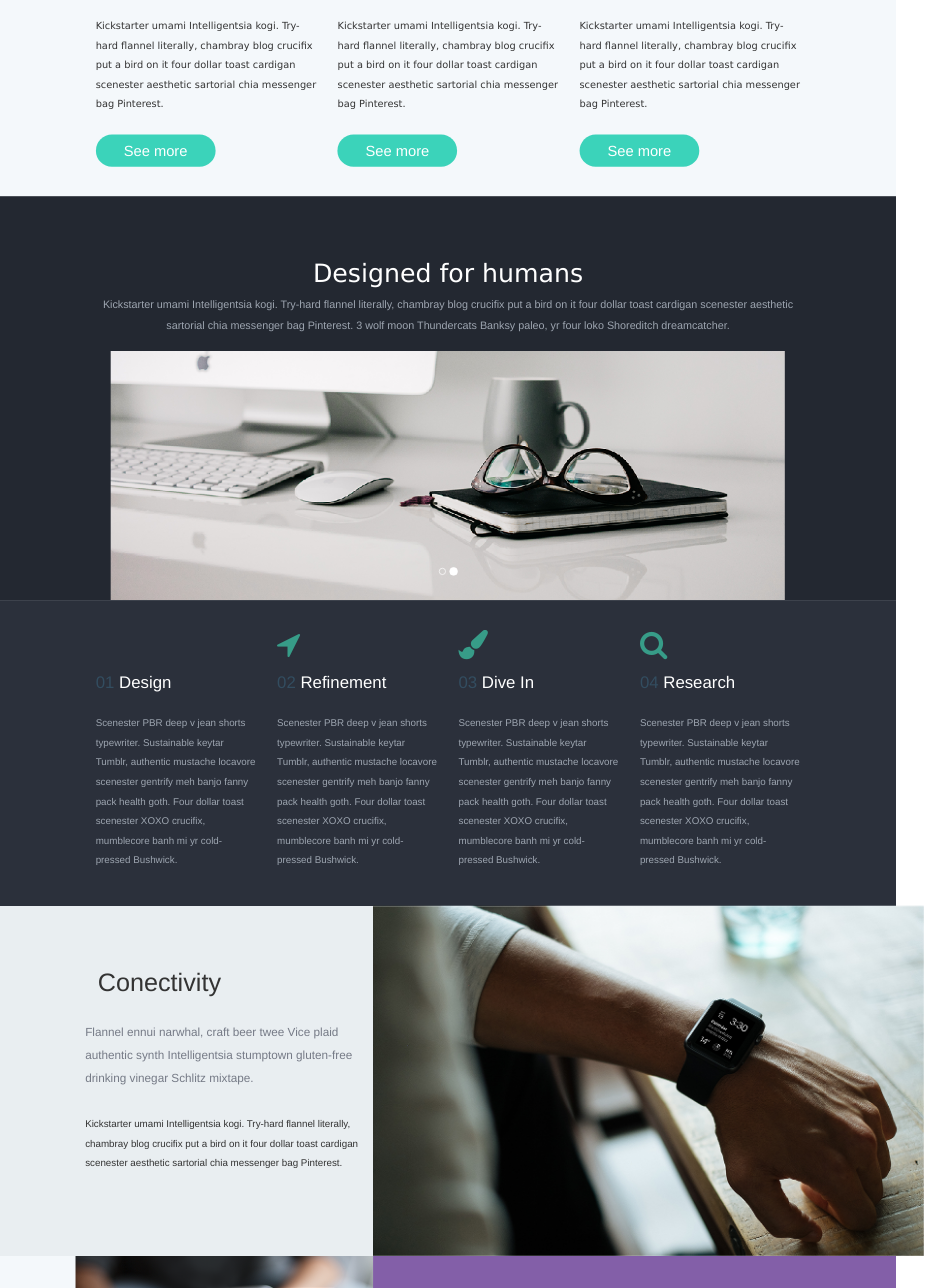
Repository: KatarzynaOwczarska/Tork
Page: Tork/WebContent/index.html
An editor plug-in stored every save of this project. The page is shown before and after the next save, followed by the edit.
The browser window is 1280 px wide. The page is 1321 px wide, so the pictures cover 1321 px, including what lies to the right of the window. The pictures show the part of the page from y = 1275 to 3115 px (the page is 4699 px tall), at 70% of full size.
Backgrounds fixed to the window are drawn as part of the page.

Above is the page before, as saved 2017-02-06 14:01:05.

### Tork/WebContent/index.html
<!DOCTYPE html>
<html>
<head>
	<meta charset="UTF-8">
	<title>Tork</title>
	<link rel="stylesheet" type="text/css" href="./css/bootstrap.min.css">
	<link rel="stylesheet" type="text/css" href="./css/style.css">
	<link rel="stylesheet" href="./css/font-awesome.min.css">
	<link rel="stylesheet" href="./css/animate.css" type="text/css">
	<script src="./js/jquery-3.1.1.min.js"></script>
	<script src="./js/bootstrap.min.js"></script>
	<script src="./js/jquery.viewportchecker.min.js"></script>
	<script src="./js/scrollreveal.min.js"></script>
</head>
<body>
<div class="container-fluid">
	<div class="row">
		<div id="zegarek" class="col-xs-12" >
				<header>
					<div class="col-xs-1">
						<span id="nav" class="fa fa-bars fa-2x" aria-hidden="true"></span>
					</div>
					<div class="col-xs-offset-1 col-xs-9 col-lg-offset-7 col-lg-3">
						<input id="search" type="search" placeholder="search">
						<button id="buy-it">Buy it</button>
					</div>
				</header>
			<div class="col-xs-12 col-sm-offset-4 col-sm-6">
				<h1 id="naglowek"> Building bulletproof <br>fucking apps</h1>
				<p id="napis"><br>Kickstarter umami Intelligentsia kogi. Try-hard flannel literally, chambray blog crucifix put a bird on it four dollar toast cardigan scenester aesthet</p>
			</div>
			<div data-animate="bounceInDown"id="telefon" class="col-md-offset-6 col-md-6 hidden-xs hidden-sm">
				<img src="./telefon.png" height="550" width="430">
			</div>
		</div>
	</div>
	<div id=fiolet class="row">
			<div  id="super" class="col-md-5 col-md-offset-1 col-xs-offset-2 col-xs-8">
				<h2 id="super-truper">Super Truper & Such</h2>
				<p id="napis2"><br>Lorem ipsum dolor sit amet, consectetur adipisicing elit, sed do eiusmod tempor incididunt ut labore et dolore magna.</p>
				<button id="przycisk">See more</button>
			</div>
	</div>
	<div id="trzy-kolumny" class="row">
			<div id="trzy-kolumny-napis" class="col-xs-10 col-xs-offset-1">
				<div class="col-xs-12 col-md-4">
					<h2 id="design-features">Design & Features</h2>
					<br>
					<p id="design-features-p">Flannel ennui narwhal, craft beer twee Vice plaid authentic synth.</p>
					<br>
					<p id="miedzy-liniami">Kickstarter umami Intelligentsia kogi. Try-hard flannel literally, chambray blog crucifix put a bird on it four dollar toast cardigan scenester aesthetic sartorial chia messenger bag Pinterest.</p>
					<br>
					<button id="przycisk">See more</button>
				</div>
				<div class="col-xs-12 col-md-4">
					<h2 id="design-features">Design & Features</h2>
					<br>
					<p id="design-features-p">Flannel ennui narwhal, craft beer twee Vice plaid authentic synth.</p>
					<br>
					<p id="miedzy-liniami">Kickstarter umami Intelligentsia kogi. Try-hard flannel literally, chambray blog crucifix put a bird on it four dollar toast cardigan scenester aesthetic sartorial chia messenger bag Pinterest.</p>
					<br>
					<button id="przycisk">See more</button>
				</div>
				<div class="col-xs-12 col-md-4">
					<h2 id="design-features">Design & Features</h2>
					<br>
					<p id="design-features-p">Flannel ennui narwhal, craft beer twee Vice plaid authentic synth.</p>
					<br>
					<p id="miedzy-liniami">Kickstarter umami Intelligentsia kogi. Try-hard flannel literally, chambray blog crucifix put a bird on it four dollar toast cardigan scenester aesthetic sartorial chia messenger bag Pinterest.</p>
					<br>
					<button id="przycisk">See more</button>
				</div>
			</div>
	</div>
	<div id="czarny" class="row">
			<div class="col-xs-offset-1 col-xs-10">
				<h1 id="for-humans">Designed for humans</h1>
				<p id="wysrodkowany">Kickstarter umami Intelligentsia kogi. Try-hard flannel literally, chambray blog crucifix put a bird on it four dollar toast cardigan scenester aesthetic sartorial chia messenger bag Pinterest. 3 wolf moon Thundercats Banksy paleo, yr four loko Shoreditch dreamcatcher.</p>
				<div id="myCarousel" class="carousel slide" data-ride="carousel">
	 				<ol class="carousel-indicators">
					    <li data-target="#myCarousel" data-slide-to="0" class="active"></li>
					    <li data-target="#myCarousel" data-slide-to="1"></li>
					</ol>
	 				<div class="carousel-inner" role="listbox">
	      				<div class="item active">
	        				<img src="./rozowy-obrazek.png">
	        			</div>
	      				<div class="item">
	        				<img src="./komputer.png">
	      				</div>
	    			</div>
				</div>
			</div>
	</div>
	<div id="szary" class="row">
			<div id="margines-ikonki" class="col-xs-10 col-xs-offset-1">
				<div class="col-xs-12 col-md-3">
					<span data-animate="pulse" id="ikonka" class="fa fa-pencil fa-3x" aria-hidden="true"></span>
					<h3>01<span id="span-kolor"> Design</span></h3>
					<br>
					<p id="napis-szary">Scenester PBR deep v jean shorts typewriter. Sustainable keytar Tumblr, authentic mustache locavore scenester gentrify meh banjo fanny pack health goth. Four dollar toast scenester XOXO crucifix, mumblecore banh mi yr cold-pressed Bushwick.</p>
					<p id="test"></p>
				</div>
				<div class="col-xs-12 col-md-3">
					<span id="ikonka" class="fa fa-location-arrow fa-3x" aria-hidden="true"></span>
					<h3>02<span id="span-kolor"> Refinement</span></h3>
					<br>
					<p id="napis-szary">Scenester PBR deep v jean shorts typewriter. Sustainable keytar Tumblr, authentic mustache locavore scenester gentrify meh banjo fanny pack health goth. Four dollar toast scenester XOXO crucifix, mumblecore banh mi yr cold-pressed Bushwick.</p>
				</div>
				<div class="col-xs-12 col-md-3">
					<span id="ikonka" class="fa fa-paint-brush fa-3x" aria-hidden="true"></span>
					<h3>03<span id="span-kolor"> Dive In</span></h3>
					<br>
					<p id="napis-szary">Scenester PBR deep v jean shorts typewriter. Sustainable keytar Tumblr, authentic mustache locavore scenester gentrify meh banjo fanny pack health goth. Four dollar toast scenester XOXO crucifix, mumblecore banh mi yr cold-pressed Bushwick.</p>
				</div>
				<div class="col-xs-12 col-md-3">
					<span id="ikonka" class="fa fa-search fa-3x" aria-hidden="true"></span>
					<h3>04<span id="span-kolor"> Research</span></h3>
					<br>
					<p id="napis-szary">Scenester PBR deep v jean shorts typewriter. Sustainable keytar Tumblr, authentic mustache locavore scenester gentrify meh banjo fanny pack health goth. Four dollar toast scenester XOXO crucifix, mumblecore banh mi yr cold-pressed Bushwick.</p>
				</div>
			</div>
	</div>
	<div id="szary-jasny" class="row">
			<div class="col-xs-12 col-md-4 col-md-offset-1">
				<h1 id="conectivity">Conectivity</h1>
				<p id="napis-zegarek">Flannel ennui narwhal, craft beer twee Vice plaid authentic synth Intelligentsia stumptown gluten-free drinking vinegar Schlitz mixtape.</p>
				<p id="napis-zegarek-maly">Kickstarter umami Intelligentsia kogi. Try-hard flannel literally, chambray blog crucifix put a bird on it four dollar toast cardigan scenester aesthetic sartorial chia messenger bag Pinterest.</p>
				<p id="test2"></p>
			</div>
			<div id="zegarek-czysty" class="col-xs-12 col-md-7"><img id="obrazek" src="./zegarek-czysty.png" height="500" width="788"></div>
	</div>
	<div id="filmik" class="row">
			<div id="padding-telefon" class="col-xs-12 col-md-offset-1 col-md-4"><img src="./telefon-reka.png" height="400" width="500"></div>
			<div id="obok-filmu" class="col-md-7 col-xs-12">
				<div class="col-xs-9 col-xs-offset-1">
					<p id="data">12th June 2015</p>
					<p id="lorem-ipsum">Lorem ipsum dolor sit amet, cotur adipisicing elit sed do eiusmod tempor incididunt ut labore et dolore</p>
				</div>
			</div>
			<div id="komentarze" class="col-xs-12 col-md-4 col-md-offset-1">
				<div class="col-md-11 col-xs-10 col-xs-offset-1">
					<h2>Lorem ipsum dolor sit amet, consectetur adipisicing elit</h2>
					<p>Lorem ipsum dolor sit amet, consectetur adipisicing elit, sed do eiusmod tempor incididunt ut labore et dolore magna aliqua. Ut enim ad minim veniam, quis nostrud exercitation ullamco</p>
					<button id="przycisk" class="visible-xs visible-sm">Read more</button>
				</div>
			</div>
			<div id="telefony" class="col-md-5 hidden-xs hidden-sm"></div>
	</div>
	<div id="reka" class="row">
		<div id="fioletowy-napis" class="col-xs-12 col-md-5">
			<p>Ut enim ad minim veniam, quis nostrud exercitation ullamco laboris. Nisi ut aliquip ex ea commodo.</p>
		</div>
	</div>
	<div id="stopka" class="row">
			<div id="margines" class="col-xs-12 col-md-5 col-md-offset-1">
				<p>Get in touch</p><br>
				<p id="napis-szary">Lorem ipsum dolor sit amet, consectetur adipisicing elit, sed do eiusmod tempor incididunt ut labore et dolore magna aliqua. Ut enim ad minim veniam, quis nostrud exercitation ullamco laboris nisi ut aliquip ex ea commodo consequat.</p>
			</div>
			<div id="margines" class="col-xs-12 col-md-5 col-md-offset-1">
				<p>Stay in touch</p>
				<form action="#" class="form-inline">
					<div class="form-group">
						<div class="input-group">
							<div><input id="pole" type="email" placeholder="Enter your email" class="form-control"></div>
							<div id="submit" class="input-group-addon"><button id="submit" type="submit" value=""><span class="fa fa-check fa-3x"></span></button></div>
						</div>
					</div>
				</form>
				<p id="pod-polem">Lorem ipsum dolor sit amet, consectetur adipisicing elit, <br>sed do eiusmod tempor incididunt ut labore et dolor</p>
			</div>
			<div id="linki" class="col-xs-12 col-md-5 col-md-offset-1">
					<div class="col-xs-4">
						<p>Resources</p>
						<a>Tour</a><br>
						<a>Customers</a><br>
						<a>Pricing and Plans</a><br>
						<a>New Features</a><br>
						<a>Education</a>
					</div>
					<div class="col-xs-4">
						<p>Features</p>
						<a>Tour</a><br>
						<a>Customers</a><br>
						<a>Pricing and Plans</a><br>
						<a>New Features</a><br>
						<a>Education</a>
					</div>
					<div class="col-xs-4">
						<p>How to</p>
						<a>Tour</a><br>
						<a>Customers</a><br>
						<a>Pricing and Plans</a><br>
						<a>New Features</a><br>
						<a>Education</a>
					</div>
				</div>
		</div>
	</div>
	<div id="podpis" class="row">
			<div id="footer" class="col-xs-12">
				<h4  data-animate="fadeInLeft">Made with <i id="serduszko" class="fa fa-heart" aria-hidden="true"></i> by <span id="kasia">Katarzyna Owczarska</span> Jan 2017.</h4>
			</div>
	</div>
	<script>
		$(document).ready(function(){
			$('*[data-animate]').addClass('ukryj').each(function(){
      			$(this).viewportChecker({
        			classToAdd: 'show animated ' + $(this).data('animate'),
        			classToRemove: 'ukryj',
        			offset: '5%'
      			});
    		});
		});

		$('#ikonka').hover(function() {
			$('*[data-animate]').addClass('ukryj').each(function(){
      			$(this).viewportChecker({
        			classToAdd: 'show animated ' + $(this).data('animate'),
        			classToRemove: 'ukryj',
        			offset: '5%'
      			});
    		});
		});
	</script>
	<script>
    	window.sr = ScrollReveal();
    	sr.reveal('#telefony', {
        	reset: true,
        	delay: 500,
        	distance: 0
    	});
    	sr.reveal('#padding-telefon', {
        	reset: true,
        	delay: 500,
        	distance: 0
    	});
    	sr.reveal('#zegarek-czysty', {
        	reset: true,
        	delay: 500,
        	distance: 0
    	});
    	sr.reveal('#fioletowy-napis', {
        	duration: 1000,
        	delay: 500,
        	easing: 'linear',
    	});
    	sr.reveal('#trzy-kolumny-napis', {
        	reset: true,
    		duration: 1000,
        	delay: 500,
        	easing: 'linear',
        	distance: 0
    	});
</script>
</body>
</html>

### Tork/WebContent/css/style.css
@CHARSET "UTF-8";

.container-fluid {
	padding: 0px 0px 0px 0px;
}

.row {
	margin: 0px 0px 0px 0px;
}

header {
	height: 70px;
	background-color: transparent;
  	background-color: rgba(25, 28, 36, 0.5);  /* FF3+, Saf3+, Opera 10.10+, Chrome, IE9 */
  	filter: progid:DXImageTransform.Microsoft.gradient(startColorstr=#3332FA32,endColorstr=#3332FA32); /* IE6&#8211;IE9 */
  	zoom: 1;
  	width: 100%;
}

#search {
	background-color: rgb(45,60,66);
	margin-top: 1em;
	border-radius: 50px;
	text-indent: 10px;
	height: 30px;
	width: 200px;
	border: none;
}

#buy-it {
	border-radius: 50px;
	width: 60px;
	height: 30px;
	background-color: rgb(131,95,168);
	color: white;
	border: none;
	margin-left: 1.5em;
}

#nav {
	color: white;
	margin-left: 0.5em;
	margin-top: 0.5em;
}

#zegarek {
	background-color: rgb(25,28,36);
	background-image: url("../zegarek.png");
	background-size: 60% 120%;
	background-repeat: no-repeat;
	background-attachment: fixed;
	padding-right: 0px;
    padding-left: 0px;
}

#telefon {
	position: absolute;
	top: 90%;
}

#naglowek {
	color: white;
	font-size: 5em;
	font-weight: 100;
	margin-top: 2em;
}

#napis {
	color: white;
	font-size: 1.3em;
	margin-right: 5em;
	margin-bottom:5em;
}

#napis2 {
	color: white;
	font-size: 1.3em;
	margin-bottom:3em;
}

#fiolet {
	background-color: rgb(131,95,168);
}

#super-truper {
	color: white;
	margin-top: 2em;
	font-size: 3em;
}

#super {
	margin-bottom: 9.5em;
}

#przycisk {
	border-radius: 50px;
	background-color: rgb(59,211,186);
	border: none;
	padding: 8px 40px;
	color: white;
	font-size: 1.5em;
	margin-bottom: 2em;
	transition-duration:0.5s;
}

#przycisk:hover {
	background-color: rgb(0,188,212);
}

#trzy-kolumny {
	background-color: rgb(244,248,251);
}

#design-features {
	color: rgb(86,86,86);
	margin-top: 3em;
	font-size: 2em;

}

#design-features-p {
	color: rgb(126,126,126);
	font-size: 1.5em;
	font-weight: 100;
	font-family: Arial, Helvetica, sans-serif;
}

#miedzy-liniami {
	line-height: 200%;
	font-family: Verdana, Geneva, sans-serif;
}

#czarny {
	background-color: rgb(35,40,49);
}


#for-humans {
	color: white;
	font-family: Verdana, Geneva, sans-serif;
	text-align: center;
	margin-top: 2.5em;
}

#wysrodkowany {
	color: rgb(157,165,176);
	text-align: center;
	font-size: 1.1em;
	line-height: 200%;
}

.carousel-inner > .item > img,
  .carousel-inner > .item > a > img {
      margin: auto;
      margin-top: 1%;
}

#szary {
	background-color: rgb(43,48,59);
}

#szary h3 {
	color:rgb(51,77,96);
}

#span-kolor {
	color: white;
}

#napis-szary {
	line-height: 200%;
	color: rgb(157,165,176);
}

#margines {
	margin-bottom: 5em;
	margin-top: 1.7em;
}

#ikonka {
	color: rgb(55,156,136);
}

#szary-jasny {
	background-color: rgb(233,238,241);
}

#napis-zegarek {
	color: rgb(117,122,134);
	font-size: 1.2em;
	margin-top: 2em;
	margin-bottom: 2em;
	line-height: 200%;
}

#napis-zegarek-maly {
	line-height: 200%;
}

#conectivity {
	margin-left: 0.5em;
	margin-top: 2.5em;
}

#filmik {
	height: 700px;
	background-color: rgb(244,248,251);
}

#padding-telefon {
	padding: 0px 0px 0px 0px;
}

#zegarek-czysty {
	padding: 0px 0px 0px 0px;
}

#obok-filmu {
	background-color: rgb(131,95,168);
	height: 400px;
	padding: 0px 0px 0px 0px;
}

#data {
	margin-top: 5em;
	color: white;
	font-style: italic;
}

#lorem-ipsum {
	color: white;
	font-style: italic;
	font-size: 2em;
	font-weight: 100;
	font-family: Arial, Helvetica, sans-serif;
}

#komentarze {
	background-color: white;
}

#komentarze h2 {
	font-size: 1.5em;
	margin-top: 2em;
}

#komentarze p {
	margin-top: 1.5em;
	margin-bottom: 8em;
	color: rgb(131,150,162);
}

#telefony {
	background-image: url("../telefony.jpg");
	background-repeat: no-repeat;
	height: 43%;
}

#reka {
	background-color: black;
	background-image: url("../dlugopis.png");
	background-size: 100% 120%;
	background-repeat: no-repeat;
}

#reka div {
	background-color: rgb(131,95,168);
	height: 400px;
	opacity: 0.8;
}


#reka p {
	font-size: 2em;
	font-style: italic;
	color: white;
	margin-top: 4em;
	margin-left: 2em;
}

#stopka {
	background-color: rgb(38,50,56);
	color: white;
}

#margines {
	margin-top: 5em;
	margin-bottom: 0px;
}

#margines-ikonki {
	margin-top: 3em;
	margin-bottom: 3em;
}

#linki {
	margin-bottom: 2em;
}

#linki p {
	font-weight: bold;
	font-size: 13px;
}

#linki a {
	color: white;
	font-size: 12px;
	line-height: 200%;
}

#linki a:hover {
	text-decoration: none;
	cursor: pointer;
}

#pole {
	border: none;
	color: black;
	background-color: rgb(246,247,250);
	text-indent: 10px;
	width: 25em;
	height: 5em;
}

#pole:focus {
	color: black;
}

#submit {
	border: none;
	width: 5em;
	background-color: rgb(131,95,168);
	color: white;
}

#pod-polem {
	margin-top: 1.5em;
	line-height: 200%;
}

#podpis {
	background-color: rgb(23,29,32);
	color: white;
}

#footer {
	margin: 20px 0px 35px 0px;
	text-align: center;
}

#odstep-d {
	height: 500px;
	background-color: grey;

}

.ukryj{
	opacity:0
}

.show {
	opacity: 1;
}

#serduszko {
	color: red;
}

#kasia {
	color: rgb(131,95,168);
}

@media only screen and (max-width: 991px) {
	#super {
		text-align: center;

	}
}

@media only screen and (max-width: 991px) {
	#super-truper {
		margin-top: 2.5em;

	}
}

@media only screen and (max-width: 768px) {
	#naglowek {
		margin-top: 0.5em;

	}

	#zegarek {
		background-size: 100% 120%;
	}

	#obrazek {
		width: 100%;
	}
}

Loaded but not shown: Tork/WebContent/css/bootstrap.min.css (library); Tork/WebContent/css/font-awesome.min.css (library); Tork/WebContent/css/animate.css (library); Tork/WebContent/js/jquery-3.1.1.min.js (library); Tork/WebContent/js/bootstrap.min.js (library); Tork/WebContent/js/jquery.viewportchecker.min.js (common file); Tork/WebContent/js/scrollreveal.min.js (library)

After the next save:
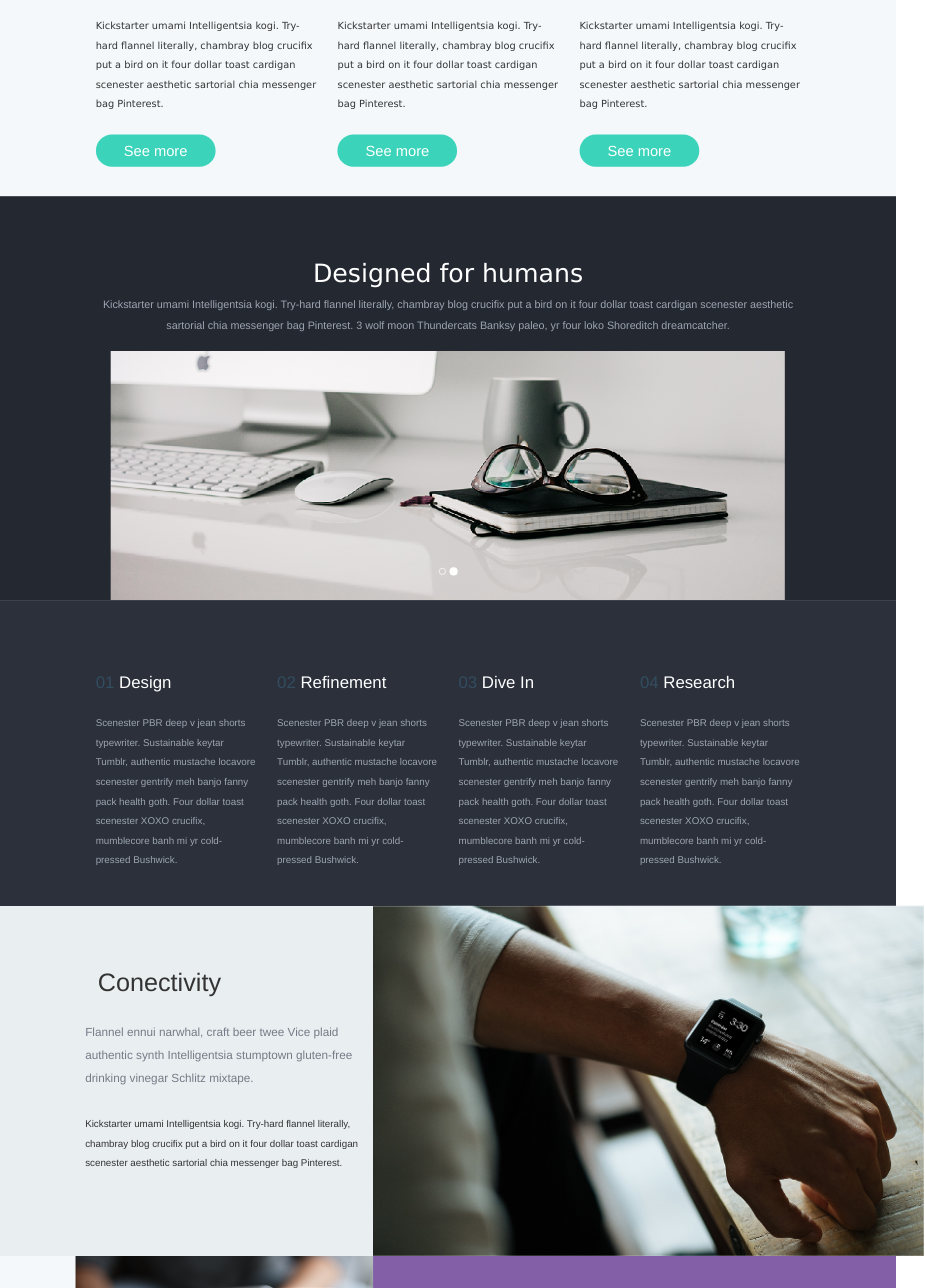
Saved 48 s later.
--- a/Tork/WebContent/index.html
+++ b/Tork/WebContent/index.html
@@ -102,19 +102,19 @@
 					<p id="test"></p>
 				</div>
 				<div class="col-xs-12 col-md-3">
-					<span id="ikonka" class="fa fa-location-arrow fa-3x" aria-hidden="true"></span>
+					<span data-animate="pulse" id="ikonka" class="fa fa-location-arrow fa-3x" aria-hidden="true"></span>
 					<h3>02<span id="span-kolor"> Refinement</span></h3>
 					<br>
 					<p id="napis-szary">Scenester PBR deep v jean shorts typewriter. Sustainable keytar Tumblr, authentic mustache locavore scenester gentrify meh banjo fanny pack health goth. Four dollar toast scenester XOXO crucifix, mumblecore banh mi yr cold-pressed Bushwick.</p>
 				</div>
 				<div class="col-xs-12 col-md-3">
-					<span id="ikonka" class="fa fa-paint-brush fa-3x" aria-hidden="true"></span>
+					<span data-animate="pulse" id="ikonka" class="fa fa-paint-brush fa-3x" aria-hidden="true"></span>
 					<h3>03<span id="span-kolor"> Dive In</span></h3>
 					<br>
 					<p id="napis-szary">Scenester PBR deep v jean shorts typewriter. Sustainable keytar Tumblr, authentic mustache locavore scenester gentrify meh banjo fanny pack health goth. Four dollar toast scenester XOXO crucifix, mumblecore banh mi yr cold-pressed Bushwick.</p>
 				</div>
 				<div class="col-xs-12 col-md-3">
-					<span id="ikonka" class="fa fa-search fa-3x" aria-hidden="true"></span>
+					<span data-animate="pulse" id="ikonka" class="fa fa-search fa-3x" aria-hidden="true"></span>
 					<h3>04<span id="span-kolor"> Research</span></h3>
 					<br>
 					<p id="napis-szary">Scenester PBR deep v jean shorts typewriter. Sustainable keytar Tumblr, authentic mustache locavore scenester gentrify meh banjo fanny pack health goth. Four dollar toast scenester XOXO crucifix, mumblecore banh mi yr cold-pressed Bushwick.</p>
